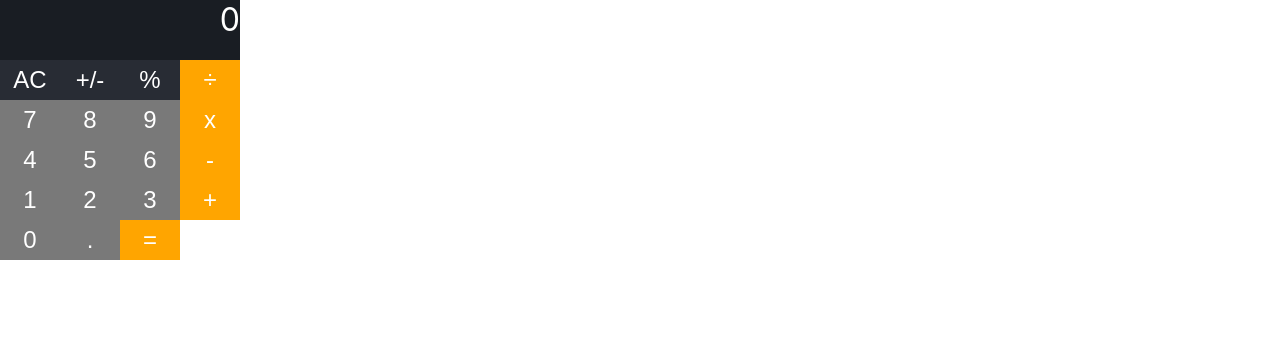
Repository: catsarenotreal/CalculatorWebApp
Page: /
The author's editor kept a copy of each file at every save. The page is drawn from the files as they stood at one save, then again after the next save.
The browser window is 1280 px wide. The pictures show the whole page.
The project was rebuilt for these pictures with package versions that can differ from the ones it lists, and the page was loaded fresh each time.

Above is the page before, as saved 2024-08-23 10:26:40.

### src/App.tsx
import React from 'react';
// import logo from './logo.svg';
import { useState } from 'react';
import './App.css';

let stack : string[] = [];
var currNum : number = 0;

// const [display, setDisplay] = useState(0);

type Props = {
  val : string;
  colour : 'orange'|'darkgrey'|'lightgrey';
}

function refresh(){

}

// function calculation(op : string) { // when pressing operations, the prior evaluation is supposed to show

//   // var currNum : number;


//   let newNum : number = Number(stack.join());
//   stack.length = 0; // clearing stack

//   switch (op){ // er this is wrong
//     case "+":
//       currNum += newNum;
//       break;
//     case "-":
//       currNum -= newNum;
//       break;
//     case "÷":
//       if (newNum === 0) {
//         refresh(); // display not a number and refresh backend
//       }
//       currNum /= newNum;
//       break;
//     case "x":
//       currNum *= newNum;
//       break;
//   }


//   setDisplay(currNum);

// }

function DisplayScreen(props : Props){
  return <div className = "box">
    currNum;
  </div>
}

function Buttons(props : Props){

  const [display, setDisplay] = useState(0);

  const val = props.val;
  const colour = props.colour;

  function calculation(op : string) { // when pressing operations, the prior evaluation is supposed to show

    let newNum : number = Number(stack.join());
    stack.length = 0; // clearing stack

    switch (op){ // er this is wrong
      case "+":
        currNum += newNum;
        break;
      case "-":
        currNum -= newNum;
        break;
      case "÷":
        if (newNum === 0) {
          refresh(); // display not a number and refresh backend
        }
        currNum /= newNum;
        break;
      case "x":
        currNum *= newNum;
        break;
    }

    setDisplay(currNum);

  }


  function handleClick(props : Props){
    const val = props.val;

    if (val === "+" || val === "-" || val === "x" || val === "÷"){
      var output = calculation(val);
    }
    else{
      stack.push(val);
      let newNum : number = Number(stack.join());
      setDisplay(newNum);
    }
  }

  return <button className = {`Buttons ${colour}`} onClick = {() => handleClick(props)}>
    {val}
  </button>
}

export default function Calc() {
  return (
    <main>
      <div className = "row">
        <div className= "DisplayScreen">{currNum}</div>
      </div>
      <div className = "row">
        <Buttons val={'AC'} colour = 'darkgrey'/>
        <Buttons val={'+/-'} colour = 'darkgrey'/>
        <Buttons val={'%'} colour = 'darkgrey'/ >
        <Buttons val={'÷'} colour = 'orange' />
      </div>
      <div className = "row">
        <Buttons val={'7'} colour = 'lightgrey'/>
        <Buttons val={'8'} colour = 'lightgrey'/>
        <Buttons val={'9'} colour = 'lightgrey'/ >
        <Buttons val={'x'} colour = 'orange' />
      </div>
      <div className = "row">
        <Buttons val={'4'} colour = 'lightgrey'/>
        <Buttons val={'5'} colour = 'lightgrey'/>
        <Buttons val={'6'} colour = 'lightgrey'/ >
        <Buttons val={'-'} colour = 'orange' />
      </div>
      <div className = "row">
        <Buttons val={'1'} colour = 'lightgrey'/>
        <Buttons val={'2'} colour = 'lightgrey'/>
        <Buttons val={'3'} colour = 'lightgrey'/ >
        <Buttons val={'+'} colour = 'orange' />
      </div>
      <div className = "row">
        <Buttons val={'0'} colour = 'lightgrey'/>
        <Buttons val={'.'} colour = 'lightgrey'/>
        <Buttons val={'='} colour = 'orange'/>
      </div>
    </main>

  );
}

### src/App.css
.App {
  text-align: center;
}

.App-logo {
  height: 40vmin;
  pointer-events: none;
}


.App-header {
  background-color: #282c34;
  min-height: 100vh;
  display: flex;
  flex-direction: column;
  align-items: center;
  justify-content: center;
  font-size: calc(10px + 2vmin);
  color: white;
}

.App-link {
  color: #61dafb;
}


/* .DisplayScreen {
  background-color: rgb(24, 24, 24);
  text-align: right;
} */

.Buttons {
  text-align: center;
  box-shadow: none;
  outline: none;
  border: none;
  font-size: 1.5rem;
  color: white;
  height: 40px;
  width: 60px;
}

.Buttons.orange{
  background-color: orange;
}

.Buttons.lightgrey{
  background-color: #797979;
}

.Buttons.darkgrey{
  background-color:#282c34;
}

.DisplayScreen{
  width: 240px;
  height: 60px;
  padding:0ch;
  /* font-size: 100;
   */
  font-size:xx-large;
  text-align: right;

  background-color: #191d23;
  color: white;
}





@keyframes App-logo-spin {
  from {
    transform: rotate(0deg);
  }
  to {
    transform: rotate(360deg);
  }
}

Loaded but not shown: public/index.html (common file); src/index.tsx (common file); src/index.css (common file); src/reportWebVitals.ts (common file)

After the next save:
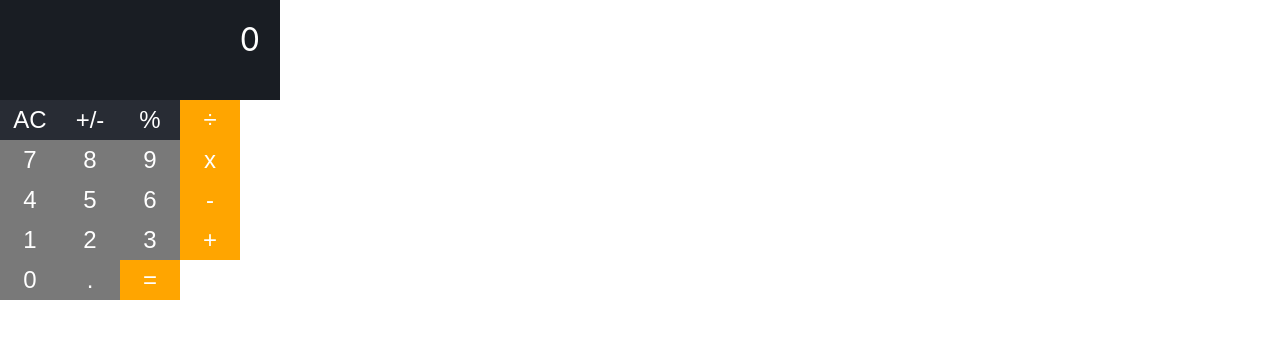
Saved 29 s later.
--- a/src/App.css
+++ b/src/App.css
@@ -55,7 +55,7 @@
 .DisplayScreen{
   width: 240px;
   height: 60px;
-  padding:0ch;
+  padding:20px;
   /* font-size: 100;
    */
   font-size:xx-large;
